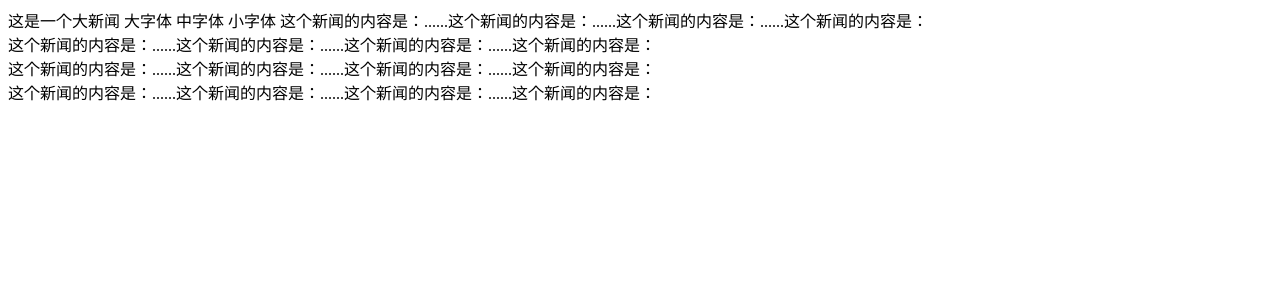
Repository: tangchengjingwen/javaLearningCode
Page: javaLearningCode/day31_html/demo_news.html
An editor plug-in stored every save of this project. The page is shown before and after the next save, followed by the edit.
The browser window is 1280 px wide. The pictures show the whole page.

Above is the page before, as saved 2012-05-15 06:57:57.

After the next save:
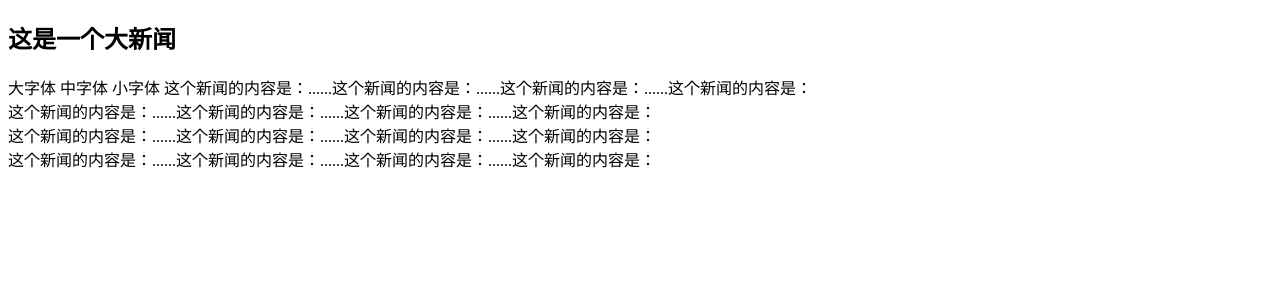
Saved 9 s later.
--- a/javaLearningCode/day31_html/demo_news.html
+++ b/javaLearningCode/day31_html/demo_news.html
@@ -13,7 +13,7 @@
 
 		-->
 		<div id="newsid">
-		这是一个大新闻
+		<h2>这是一个大新闻</h2>
 		大字体 中字体 小字体
 		这个新闻的内容是：......这个新闻的内容是：......这个新闻的内容是：......这个新闻的内容是：<br/>
 		这个新闻的内容是：......这个新闻的内容是：......这个新闻的内容是：......这个新闻的内容是：<br/>
